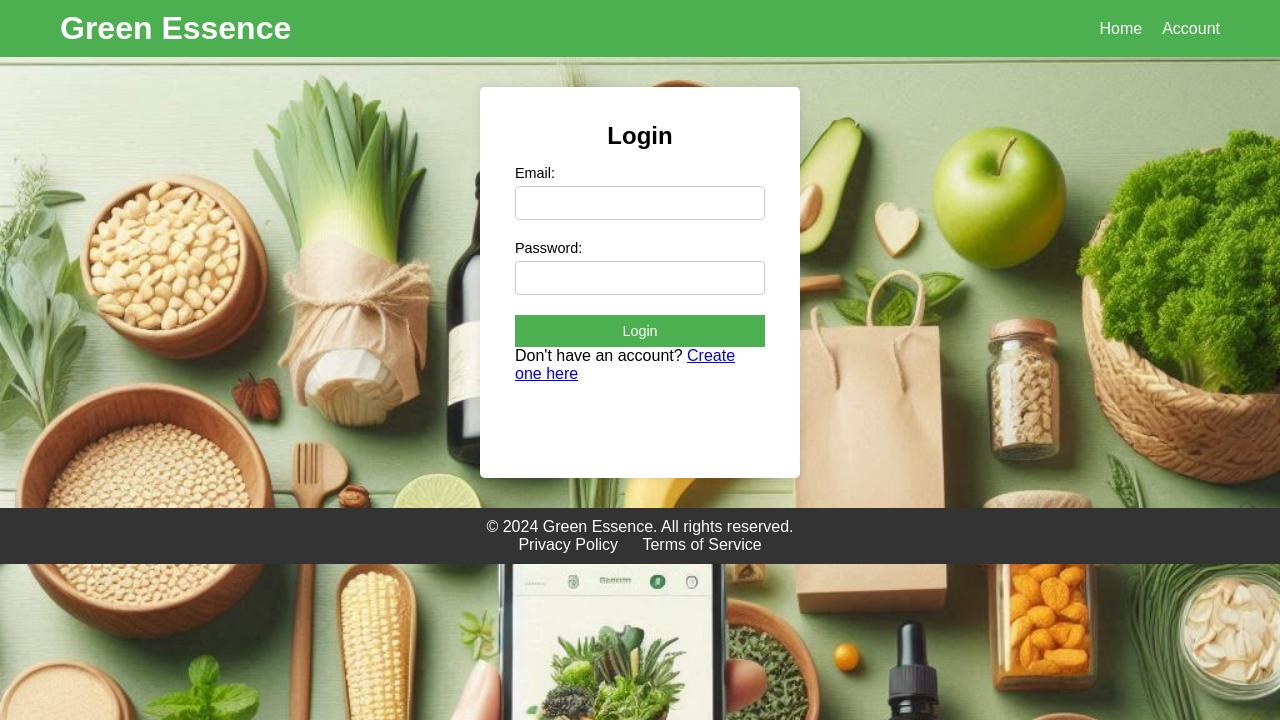
Repository: niki3210/Sahyadri
Page: Projectorganic/login.html
The author's editor kept a copy of each file at every save. The page is drawn from the files as they stood at one save, then again after the next save.
The browser window is 1280 px wide. The pictures show the whole page.

Above is the page before, as saved 2024-06-21 14:43:36.

### Projectorganic/login.html
<!DOCTYPE html>
<html lang="en">
<head>
    <meta charset="UTF-8">
    <meta name="viewport" content="width=device-width, initial-scale=1.0">
    <title>Login - Green Essence</title>
    <link rel="stylesheet" href="styles.css">
</head>
<body class="login">
    <header>
        <div class="container">
            <h1>Green Essence</h1>
            <nav>
                <ul>
                    <li><a href="index.html">Home</a></li>
                    <li><a href="login.html">Account</a></li>
                </ul>
            </nav>
        </div>
    </header>
    <div class="container">
        <div class="login-container">
            <div class="login-form">
                <h2>Login</h2>
                <form action="/login" method="POST">
                    <label for="email">Email:</label>
                    <input type="email" id="email" name="email" required>
                    <div class="error" id="email-error"></div>

                    <label for="password">Password:</label>
                    <input type="password" id="password" name="password" required>
                    <div class="error" id="password-error"></div>

                    <button type="submit">Login</button>
                </form>
                <p>Don't have an account? <a href="register.html">Create one here</a></p>
            </div>
        </div>
    </div>
    <footer>
        <p>&copy; 2024 Green Essence. All rights reserved.</p>
        <div>
            <a href="#">Privacy Policy</a>
            <a href="#">Terms of Service</a>
        </div>
    </footer>
</body>
</html>

### Projectorganic/styles.css
/* Combined CSS for Home, Login, and Register Pages */

/* Reset default browser styles */
* {
    box-sizing: border-box;
    margin: 0;
    padding: 0;
}

/* Global styles */
body {
    font-family: Arial, sans-serif;
    color: black;
    margin: 0;
    padding: 0;
    box-sizing: border-box;
    min-height: 100vh; /* Ensure body extends to at least the full height of the viewport */
    display: flex;
    flex-direction: column; /* Use flexbox to make sure footer stays at the bottom */
}

/* Header styles */
header {
    background-color: #4CAF50;
    color: white;
    padding: 10px 0;
}

header .container {
    display: flex;
    justify-content: space-between;
    align-items: center;
    max-width: 1200px;
    margin: 0 auto;
    padding: 0 20px;
}

header h1 {
    margin: 0;
}

header nav ul {
    list-style: none;
    margin: 0;
    padding: 0;
    display: flex;
}

header nav ul li {
    margin-left: 20px;
}

header nav ul li a {
    color: white;
    text-decoration: none;
}

header nav ul li a:hover {
    text-decoration: underline;
}

/* Home Page Styles */
#home {
    background-image: url('backgroundhome.jpeg');
    background-size: cover;
    background-repeat: no-repeat;
    background-position: center;
    background-attachment: fixed;
    color: white;
    text-align: center;
    padding: 100px 20px;
}

section {
    padding: 60px 0;
}

.container {
    max-width: 1200px;
    margin: 0 auto;
    padding: 0 20px;
}

/* About Section */
#about {
    background-color: #fffefe;
    padding: 40px 0;
}

/* Contact Section Styles */
#contact {
    background-color: #fff;
    padding: 40px 0;
}

#contact h2 {
    text-align: center;
    margin-bottom: 40px;
    color: #000000;
}

#contact .container {
    max-width: 900px;
    margin: 0 auto;
}

#contact .contact-info {
    text-align: center;
    margin-bottom: 20px;
}

#contact .contact-info p {
    margin: 10px 0;
}



/* Login/Register Styles */
.login-container,
.register-container {
    max-width: 320px;
    margin: 0 auto;
    padding: 10px;
    background-color: rgb(255, 255, 255);
    border-radius: 5px;
    box-shadow: 0 0 10px rgba(0, 0, 0, 0.1);
    flex: 1; /* Use flex: 1 to push footer to the bottom */
    margin-top: 30px;
    margin-bottom: 30px;
    padding: 20px;
}

body {
    font-family: Arial, sans-serif;
    background-image: url('backgroundhome.jpeg');
    background-size: cover;
    color: black;
}

.login-form, .register-form {
    padding: 15px;
    margin-bottom: 60px;
}

.login-form h2, .register-form h2 {
    text-align: center;
    margin-bottom: 15px;
    font-size: 1.5em;
}

label {
    display: block;
    margin-bottom: 5px;
    font-size: 0.9em;
}

input[type="email"],
input[type="password"] {
    width: 100%;
    padding: 8px;
    margin-bottom: 10px;
    border: 1px solid #ccc;
    border-radius: 4px;
    font-size: 0.9em;
}

.error {
    color: red;
    font-size: 0.8em;
    margin-bottom: 10px;
}

button {
    background-color: #4CAF50;
    color: white;
    border: none;
    padding: 8px 15px;
    cursor: pointer;
    transition: background-color 0.3s ease;
    width: 100%;
    font-size: 0.9em;
}

button:hover {
    background-color: #45a049;
}

/* Footer Styles */
footer {
    background-color: #333;
    color: white;
    text-align: center;
    padding: 10px 0;
    width: 100%;
}

footer a {
    color: white;
    margin: 0 10px;
    text-decoration: none;
}

footer a:hover {
    text-decoration: underline;
}

After the next save:
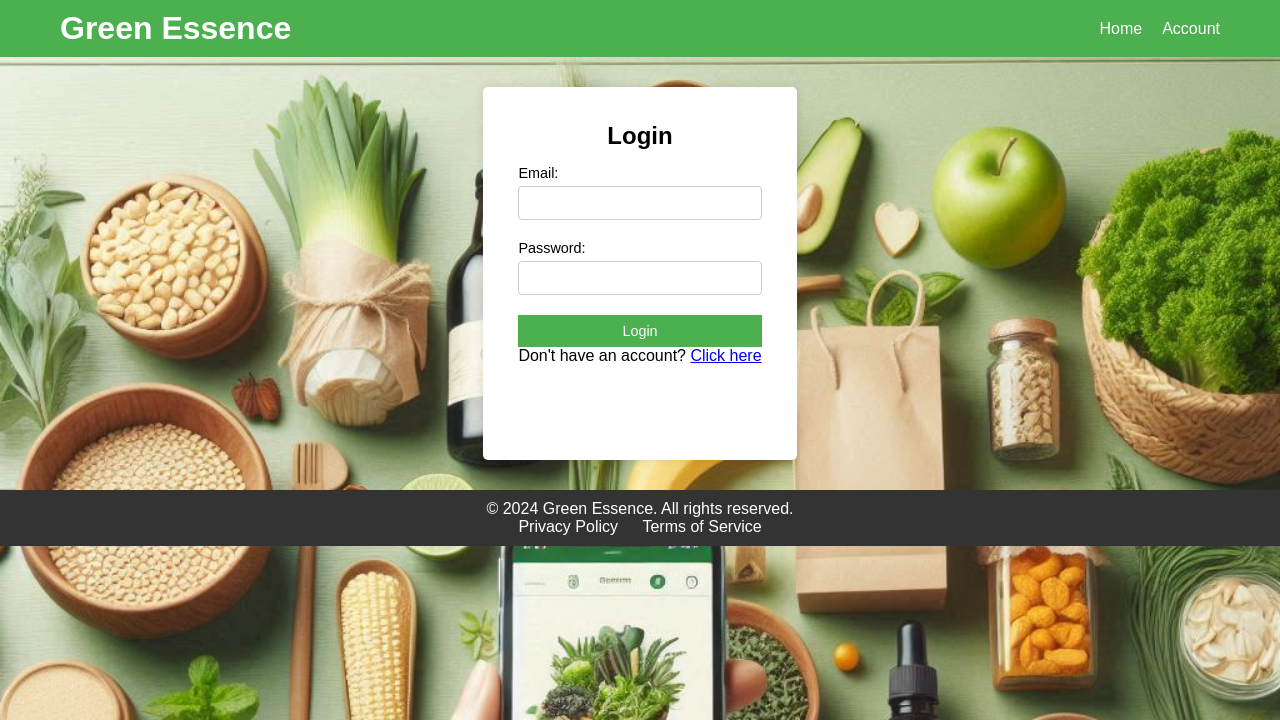
Saved 9 s later.
--- a/Projectorganic/login.html
+++ b/Projectorganic/login.html
@@ -33,7 +33,7 @@
 
                     <button type="submit">Login</button>
                 </form>
-                <p>Don't have an account? <a href="register.html">Create one here</a></p>
+                <p>Don't have an account? <a href="register.html">Click here</a></p>
             </div>
         </div>
     </div>
